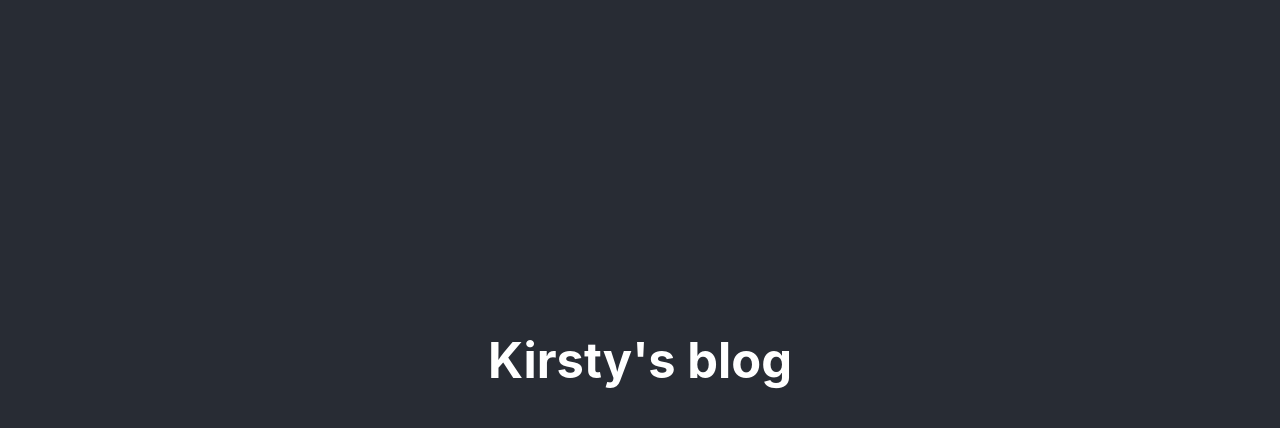
Repository: KLM94/blog
Page: /
These files come from the project's save history. The page is drawn as it stood at one moment and after the next save; the edit follows.
The browser window is 1280 px wide. The pictures show the whole page.
The project was rebuilt for these pictures with package versions that can differ from the ones it lists, and the page was loaded fresh each time.

Above is the page before, as saved 2020-11-07 12:20:05.

After the next save:
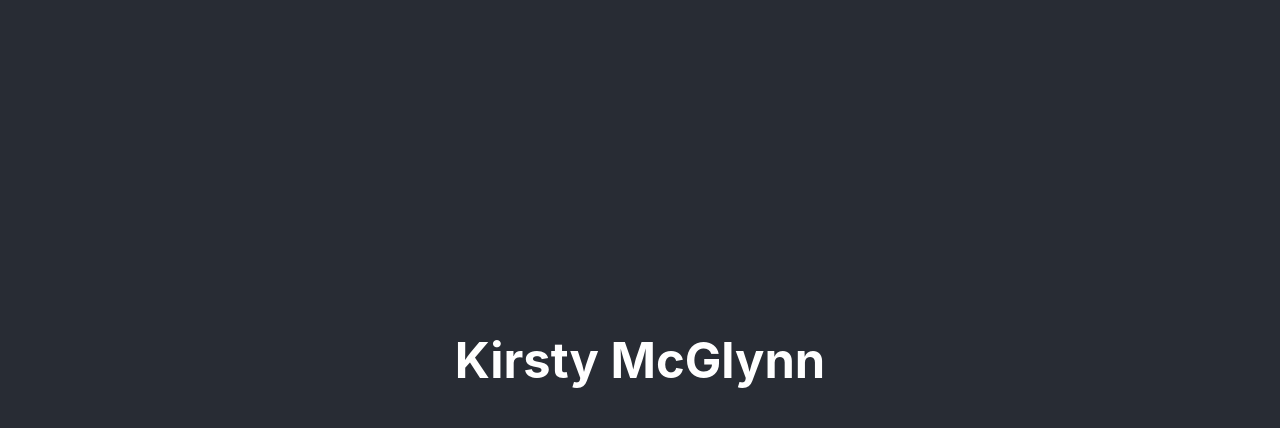
Saved 50 s later.
--- a/src/Components/Blog.jsx
+++ b/src/Components/Blog.jsx
@@ -1,3 +1,3 @@
 export default function Blog() {
-  return <h1>Kirsty's blog</h1>;
+  return <h1>Kirsty McGlynn</h1>;
 }
